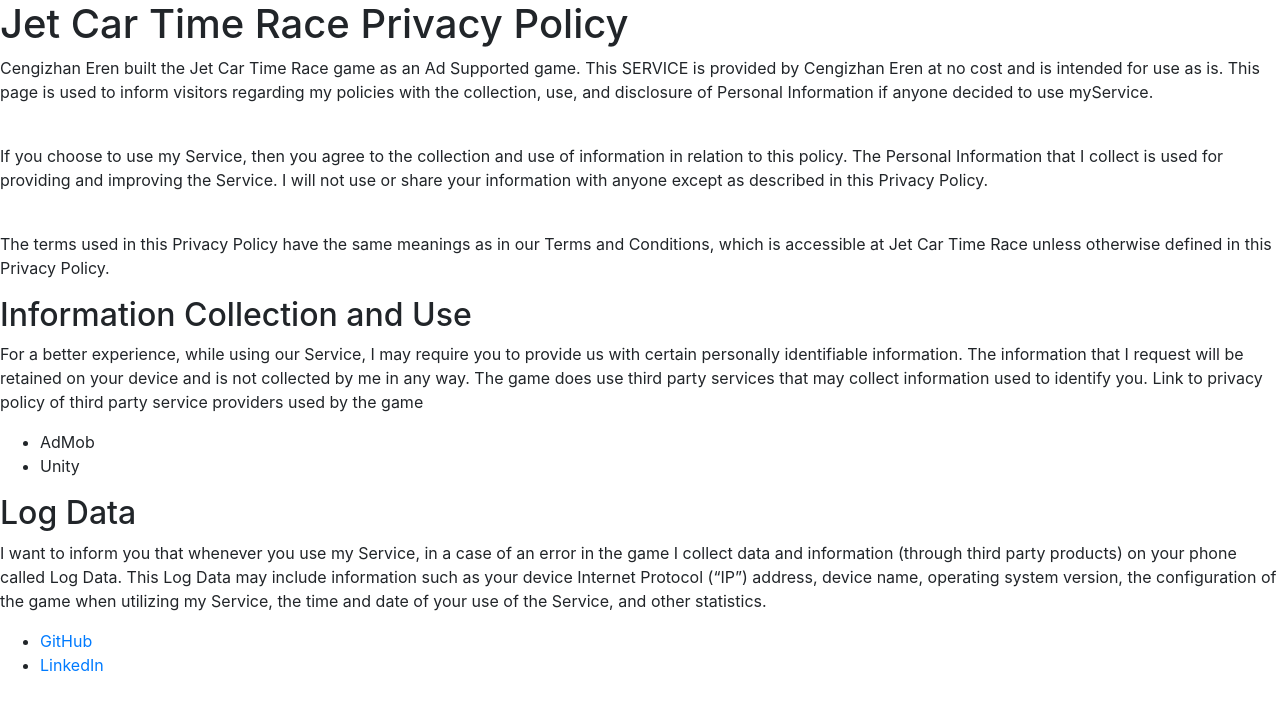
Repository: CengoCengo/cengocengo.github.io
Page: jetcartimeraceprivacypolicy.html
These files come from the project's save history. The page is drawn as it stood at one moment and after the next save; the edit follows.
The browser window is 1280 px wide. The pictures show the whole page.

Above is the page before, as saved 2022-10-11 14:15:44.

### jetcartimeraceprivacypolicy.html
<!DOCTYPE html>
<html lang="en">
<head>
    <meta charset="UTF-8">
    <meta http-equiv="X-UA-Compatible" content="IE=edge">
    <meta name="viewport" content="width=device-width, initial-scale=1, user-scalable=yes">
    <link rel="stylesheet" href="https://cdn.jsdelivr.net/npm/bootstrap@4.3.1/dist/css/bootstrap.min.css" integrity="sha384-ggOyR0iXCbMQv3Xipma34MD+dH/1fQ784/j6cY/iJTQUOhcWr7x9JvoRxT2MZw1T" crossorigin="anonymous">

    <!-- <script>
        var firstClick = false
        document.onclick= function(event) {
            if(firstClick == false) {
                var audio = document.createElement("AUDIO")
                audio.setAttribute('id','audioId');
                document.body.appendChild(audio);
                audio.src = "startup.mp3"
                audio.play()
            }
            firstClick = true
        }
    </script> -->


    <title>Jet Car Time Race Privacy Policy</title>
</head>
<body>

    <body class="is-preload">
		<div id="wrapper">
			<div id="bg"></div>
			<div id="main">
				<!-- Header -->
					<header id="header">
						<h1>  Jet Car Time Race Privacy Policy </h1>
        				<p>Cengizhan Eren built the Jet Car Time Race game as an Ad Supported game. This SERVICE is provided by Cengizhan Eren at no cost and is intended for use as is. This page is used to inform visitors regarding my policies with the collection, use, and disclosure of Personal Information if anyone decided to use myService.</p> <br>
                        <p>
                            If you choose to use my Service, then you agree to the collection and use of information in relation to this policy. The Personal Information that I
collect is used for providing and improving the Service. I will not use or share your information with anyone except as described in this Privacy Policy.
                        </p>    <br>

                        <p>
                            The terms used in this Privacy Policy have the same meanings as in our Terms and Conditions, which is accessible at Jet Car Time Race unless
otherwise defined in this Privacy Policy.
                        </p>

                        <h2 >
                            Information Collection and Use
                        </h2>

                        <p>
                            For a better experience, while using our Service, I may require you to provide us with certain personally identifiable information. The information that I
request will be retained on your device and is not collected by me in any way.
The game does use third party services that may collect information used to identify you.
Link to privacy policy of third party service providers used by the game
                        </p>

                        <ul>
                            <li>AdMob</li>
                            <li>Unity</li>
                        </ul>

                        <h2>Log Data</h2>
                        <p>
                            I want to inform you that whenever you use my Service, in a case of an error in the game I collect data and information (through third party products)
on your phone called Log Data. This Log Data may include information such as your device Internet Protocol (“IP”) address, device name, operating
system version, the configuration of the game when utilizing my Service, the time and date of your use of the Service, and other statistics.
                        </p>


						<nav>
							<ul>
								<li><a href="https://github.com/cengocengo" target="_blank" class="icon brands fa-github"><span>GitHub</span></a></li>
								<li><a href="https://www.linkedin.com/in/cengizhan-eren" target="_blank" class="icon brands fa-linkedin"><span>LinkedIn</span></a></li>
							</ul>
						</nav>
					</header>
			</div>
		</div>
        <script src="https://code.jquery.com/jquery-3.3.1.slim.min.js" integrity="sha384-q8i/X+965DzO0rT7abK41JStQIAqVgRVzpbzo5smXKp4YfRvH+8abtTE1Pi6jizo" crossorigin="anonymous"></script>
        <script src="https://cdn.jsdelivr.net/npm/popper.js@1.14.7/dist/umd/popper.min.js" integrity="sha384-UO2eT0CpHqdSJQ6hJty5KVphtPhzWj9WO1clHTMGa3JDZwrnQq4sF86dIHNDz0W1" crossorigin="anonymous"></script>
        <script src="https://cdn.jsdelivr.net/npm/bootstrap@4.3.1/dist/js/bootstrap.min.js" integrity="sha384-JjSmVgyd0p3pXB1rRibZUAYoIIy6OrQ6VrjIEaFf/nJGzIxFDsf4x0xIM+B07jRM" crossorigin="anonymous"></script>
</body>
</html>

After the next save:
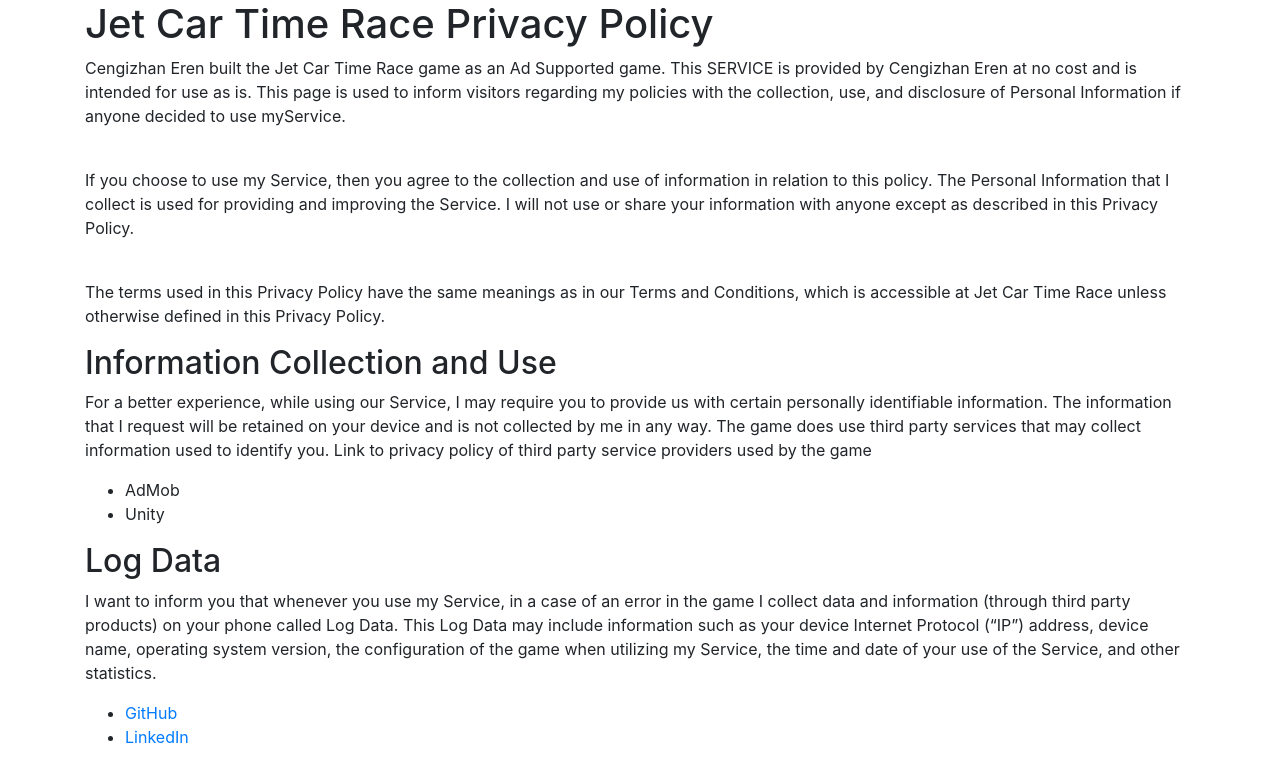
Saved 27 s later.
--- a/jetcartimeraceprivacypolicy.html
+++ b/jetcartimeraceprivacypolicy.html
@@ -25,7 +25,7 @@
 </head>
 <body>
 
-    <body class="is-preload">
+    <body class="container">
 		<div id="wrapper">
 			<div id="bg"></div>
 			<div id="main">
